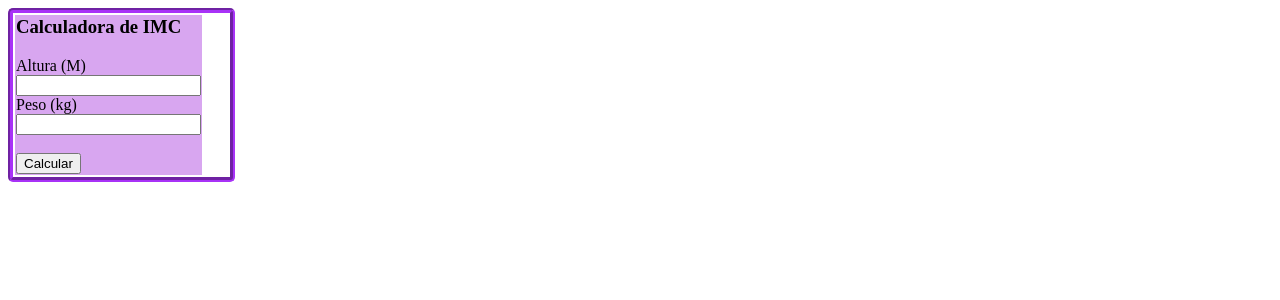
Repository: Patriciamativi/Projetos
Page: index.html
An editor plug-in stored every save of this project. The page is shown before and after the next save, followed by the edit.
The browser window is 1280 px wide. The pictures show the whole page.

Above is the page before, as saved 2022-11-21 15:50:29.

After the next save:
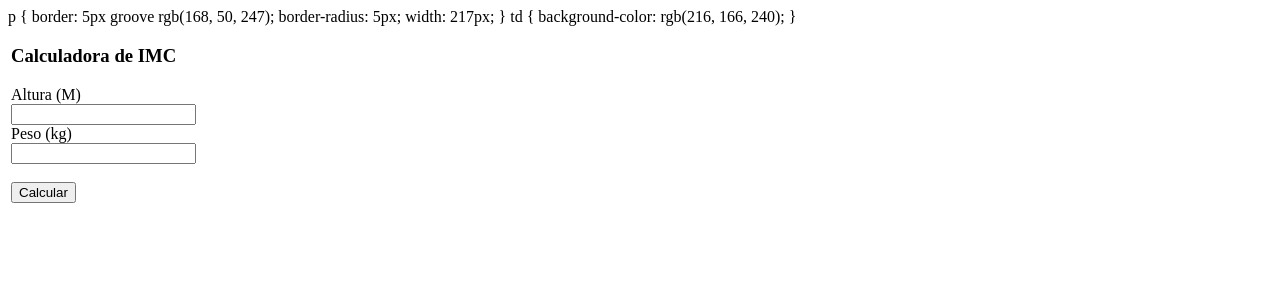
Saved 8 s later.
--- a/index.html
+++ b/index.html
@@ -2,7 +2,7 @@
     <head>
         <title>Calculadora de IMC</title>
         <meta charset="utf-8"/>
-        <script<body onload="window.alert('Welcome to my home page!');">
+        <script<body onload="window.alert('Welcome to my home page!')</body>
         <style type="text/css">
 
             p {
